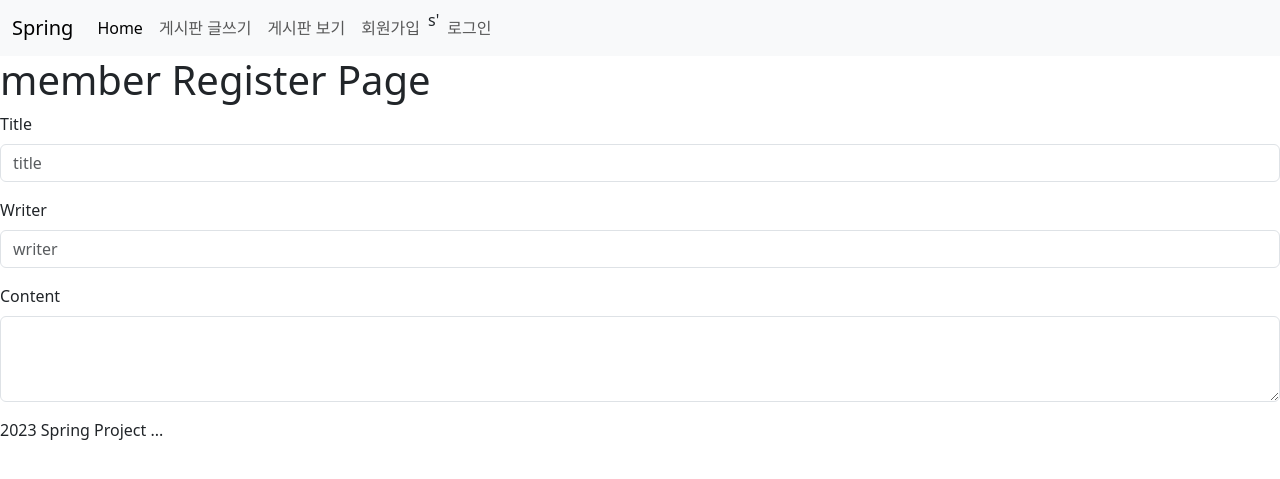
Repository: xoqls97/SpringProject
Page: http://localhost/spring_test2/WEB-INF/views/member/register.jsp
The author's editor kept a copy of each file at every save. The page is drawn from the files as they stood at one save, then again after the next save.
The browser window is 1280 px wide. The pictures show the whole page.
The page is served by Tomcat 9. Nobody is signed in. Other server files are loaded and not shown. The template is opened directly, without the code that normally fills it, so the values that code supplies are empty.

Above is the page before, as saved 2024-01-12 05:47:15.

### spring_test2/src/main/webapp/WEB-INF/views/member/register.jsp
<%@ page language="java" contentType="text/html; charset=UTF-8"
    pageEncoding="UTF-8"%>
<%@ taglib uri="http://java.sun.com/jsp/jstl/core" prefix="c" %>

<jsp:include page="../layout/header.jsp"></jsp:include>
<title>회원가입</title>

	<h1>member Register Page</h1>

	<!-- email,pwd,nickname -->

	<form action="/board/register" method="post" enctype="multipart/form-data">
	<div class="mb-3">
  <label for="title" class="form-label">Title</label>
  <input type="text"  name="title" class="form-control" id="title" placeholder="title">
</div>
<div class="mb-3">
  <label for="writer" class="form-label">Writer</label>
  <input type="text"  name="writer" class="form-control" id="writer"  placeholder="writer">
</div>
<div class="mb-3">
  <label for="content" class="form-label"> Content </label>
  <textarea name="content" class="form-control" id="content" rows="3"></textarea>
</div>
</form>














<jsp:include page="../layout/footer.jsp"></jsp:include>

### spring_test2/src/main/webapp/WEB-INF/views/layout/header.jsp
<%@ page language="java" contentType="text/html; charset=UTF-8"
    pageEncoding="UTF-8"%>
    <%@ taglib uri="http://java.sun.com/jsp/jstl/core" prefix="c" %>
<!DOCTYPE html>
<html>
<link href="https://cdn.jsdelivr.net/npm/bootstrap@5.3.1/dist/css/bootstrap.min.css" rel="stylesheet" integrity="sha384-4bw+/aepP/YC94hEpVNVgiZdgIC5+VKNBQNGCHeKRQN+PtmoHDEXuppvnDJzQIu9" crossorigin="anonymous">
<script src="https://cdn.jsdelivr.net/npm/bootstrap@5.3.1/dist/js/bootstrap.bundle.min.js" integrity="sha384-HwwvtgBNo3bZJJLYd8oVXjrBZt8cqVSpeBNS5n7C8IVInixGAoxmnlMuBnhbgrkm" crossorigin="anonymous"></script>
<head>
<meta charset="UTF-8">
<title>Insert title here</title>
</head>
<body>

<nav class="navbar navbar-expand-lg bg-body-tertiary">
  <div class="container-fluid">
    <a class="navbar-brand" href="#">Spring</a>
    <button class="navbar-toggler" type="button" data-bs-toggle="collapse" data-bs-target="#navbarSupportedContent" aria-controls="navbarSupportedContent" aria-expanded="false" aria-label="Toggle navigation">
      <span class="navbar-toggler-icon"></span>
    </button>
    <div class="collapse navbar-collapse" id="navbarSupportedContent">
      <ul class="navbar-nav me-auto mb-2 mb-lg-0">
        <li class="nav-item">
          <a class="nav-link active" aria-current="page" href="/">Home</a>
        </li>
        <li class="nav-item">
          <a class="nav-link" href="/board/register">게시판 글쓰기</a>
        </li>
        <li class="nav-item">
          <a class="nav-link" href="/board/list">게시판 보기</a>
        </li>
        <li class="nav-item">
          <a class="nav-link" href="/member/register">회원가입</a>
        </li>s'
        <c:if test="${ses.id eq null }">
        <li class="nav-item">
          <a class="nav-link" href="/member/login">로그인</a>
        </li>
        </c:if>
        <c:if test="${ses.id ne null}">
           <li class="nav-item">
          <a class="nav-link" href="/member/logout">로그아웃</a>
        </li>
        </c:if>
        <c:if test="${ses.id ne null }">
          <li class="nav-item">
          <a class="nav-link" href="#">${ses.id}(${ses.email}) welcomeㅋ</a>
        </c:if>
        <c:if test="${ses.id ne null }">
        <li class="nav-item">
        <a class="nav-link" href="/member/modify">나의정보</a>
        </c:if>
      </ul>
    </div>
  </div>
</nav>

### spring_test2/src/main/webapp/WEB-INF/views/layout/footer.jsp
<%@ page language="java" contentType="text/html; charset=UTF-8"
    pageEncoding="UTF-8"%>

<div>
    2023 Spring Project ...
</div>

</body>
</html>

After the next save:
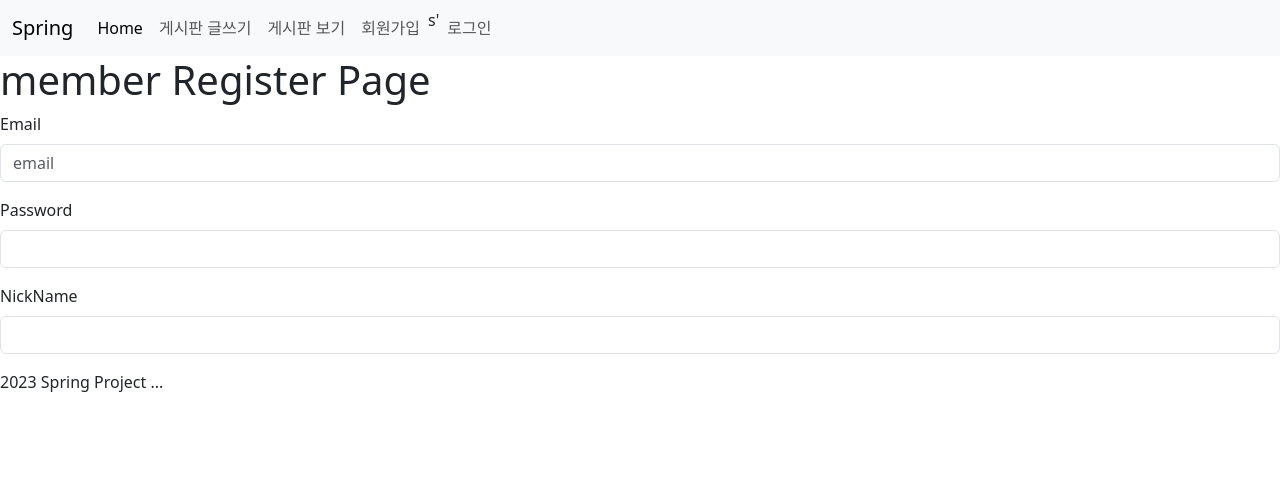
Saved 2 min 26 s later.
--- a/spring_test2/src/main/webapp/WEB-INF/views/member/register.jsp
+++ b/spring_test2/src/main/webapp/WEB-INF/views/member/register.jsp
@@ -9,18 +9,19 @@
 
 	<!-- email,pwd,nickname -->
 
-	<form action="/board/register" method="post" enctype="multipart/form-data">
+	<form action="/member/register" method="post" enctype="multipart/form-data">
 	<div class="mb-3">
-  <label for="title" class="form-label">Title</label>
-  <input type="text"  name="title" class="form-control" id="title" placeholder="title">
+  <label for="e" class="form-label">Email</label>
+  <input type="email"  name="email" class="form-control" id="e" placeholder="email">
 </div>
 <div class="mb-3">
-  <label for="writer" class="form-label">Writer</label>
-  <input type="text"  name="writer" class="form-control" id="writer"  placeholder="writer">
+  <label for="p" class="form-label">Password</label>
+  <input type="password"  name="pwd" class="form-control" id="p">
 </div>
 <div class="mb-3">
-  <label for="content" class="form-label"> Content </label>
-  <textarea name="content" class="form-control" id="content" rows="3"></textarea>
+  <label for="n" class="form-label">NickName</label>
+  <input type="text"  name="nickName" class="form-control" id="n">
+
 </div>
 </form>
 
